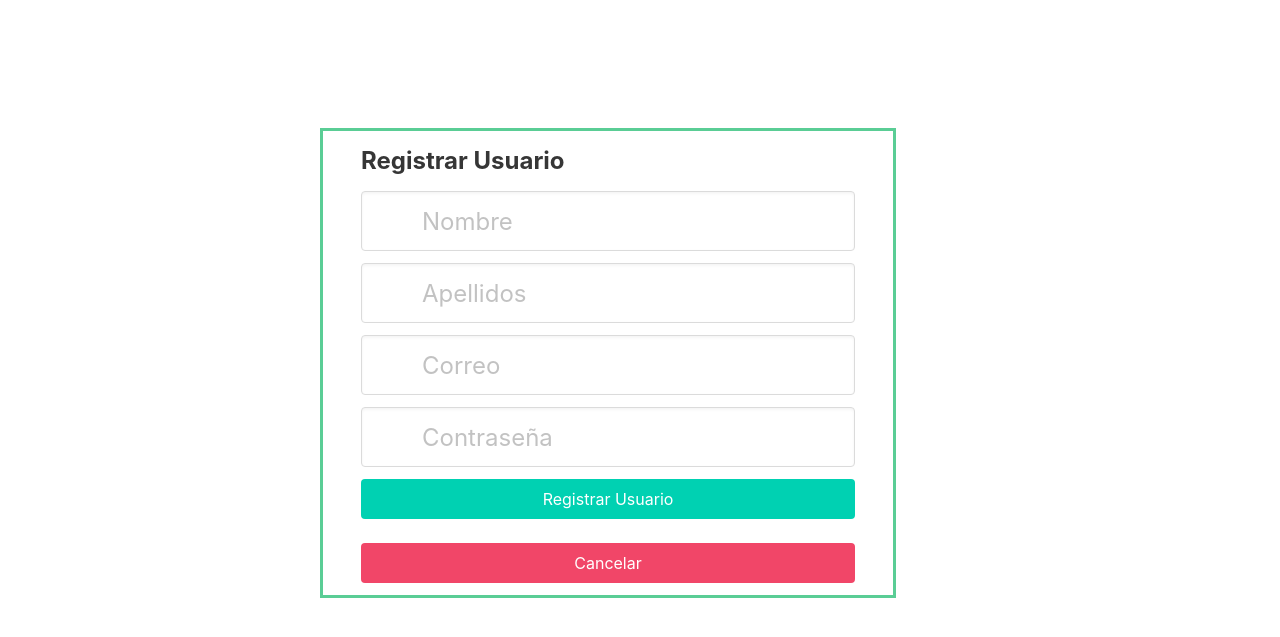
Repository: Spawnbig/ProyectoEspTec1
Page: /
The author's editor kept a copy of each file at every save. The page is drawn from the files as they stood at one save, then again after the next save.
The browser window is 1280 px wide. The pictures show the whole page.
The project was rebuilt for these pictures with package versions that can differ from the ones it lists, and the page was loaded fresh each time. Also part of the build but not shown: vite.config.js, src/views/Dashboard.vue.

Above is the page before, as saved 2022-07-08 22:07:19.

After the next save:
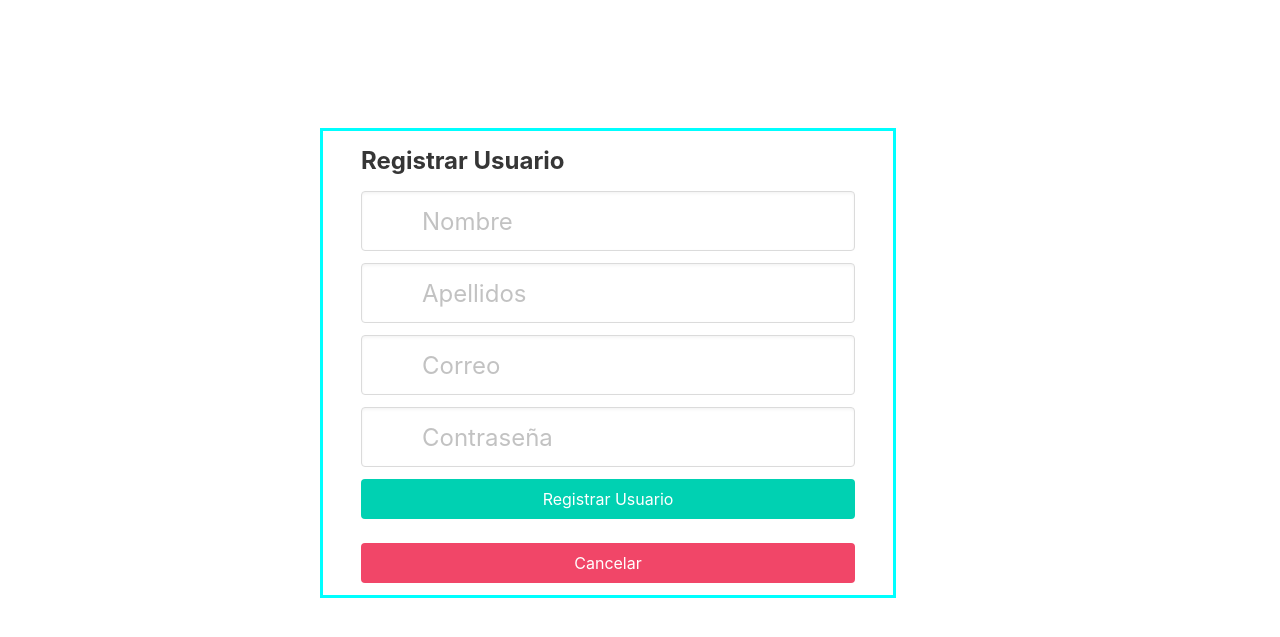
Saved 15 s later.
--- a/src/components/CrearUsuario.vue
+++ b/src/components/CrearUsuario.vue
@@ -75,7 +75,7 @@
    display: grid;
   place-content: center;
   border-style: solid;
-  border-color:#5acd95;
+  border-color:aqua;
 
 
 }

After the save that followed:
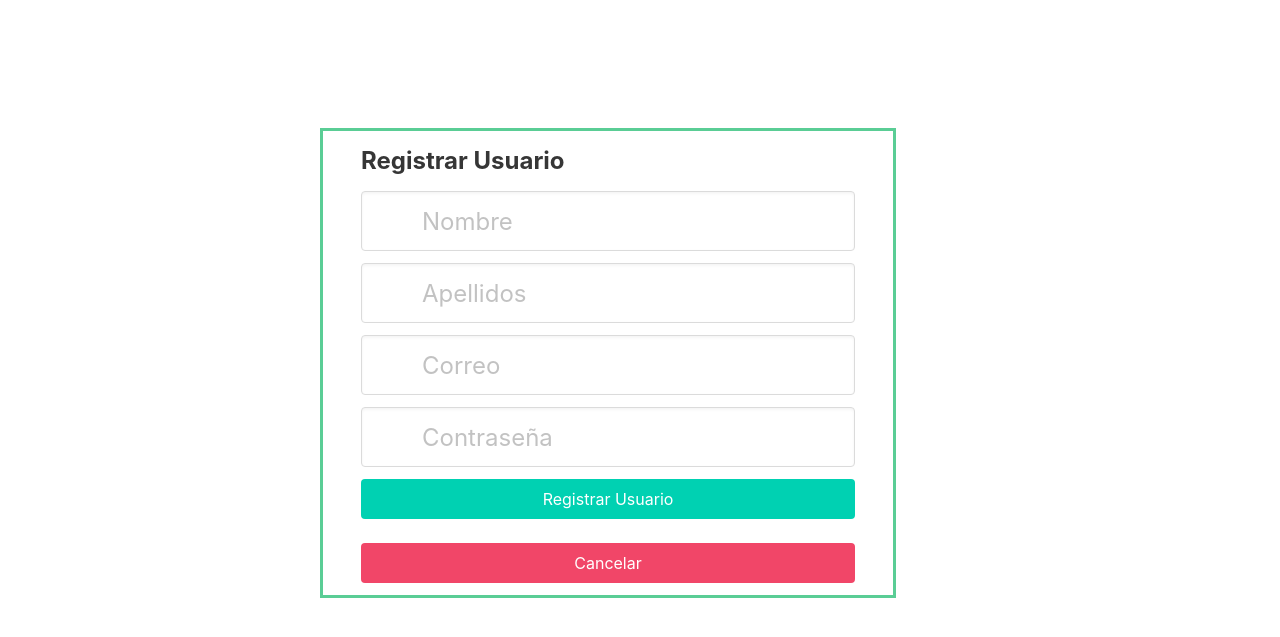
Saved 6 s later.
--- a/src/components/CrearUsuario.vue
+++ b/src/components/CrearUsuario.vue
@@ -75,7 +75,7 @@
    display: grid;
   place-content: center;
   border-style: solid;
-  border-color:aqua;
+  border-color:#5acd95;
 
 
 }
